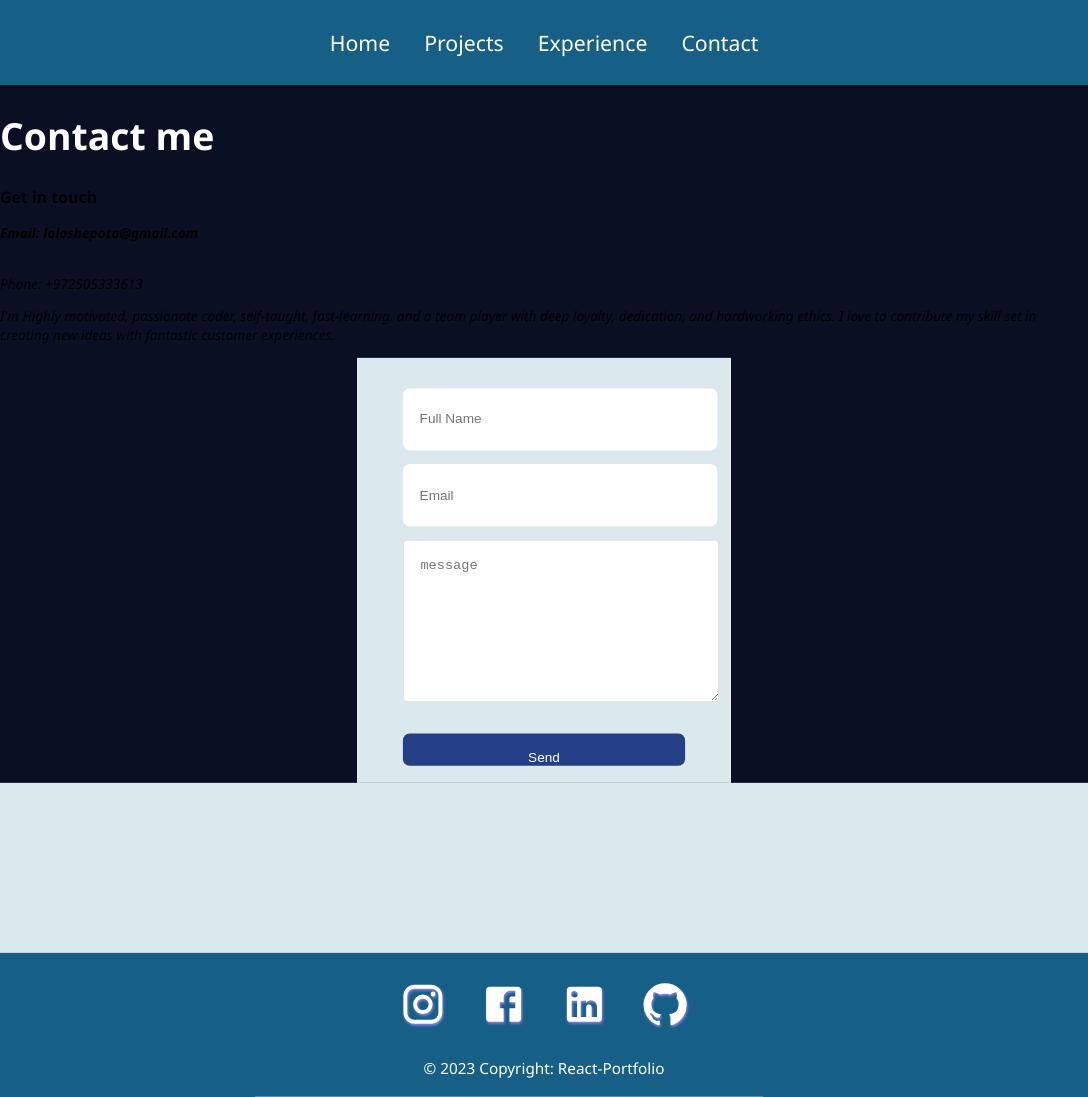
Repository: LolaSL/react-portfolio
Page: /contact
An editor plug-in stored every save of this project. The page is shown before and after a run of saves, followed by the edit.
The browser window is 1280 px wide. The pictures show the whole page, at 85% of full size.
The project was rebuilt for these pictures with package versions that can differ from the ones it lists, and the page was loaded fresh each time. Some packages were replaced by stand-ins written for this rebuild. Also part of the build but not shown: src/pages/Home/Style.css, src/pages/Home/Home.jsx, src/components/ProjectItem/Style.css, src/components/ProjectItem/ProjectItem.jsx, src/helpers/ProjectList.js, src/pages/Projects/Style.css, src/pages/Projects/Projects.jsx, src/pages/Experience/Style.css and 2 more.

Above is the page before, as saved 2023-09-27 17:48:45.

After the next 2 saves:
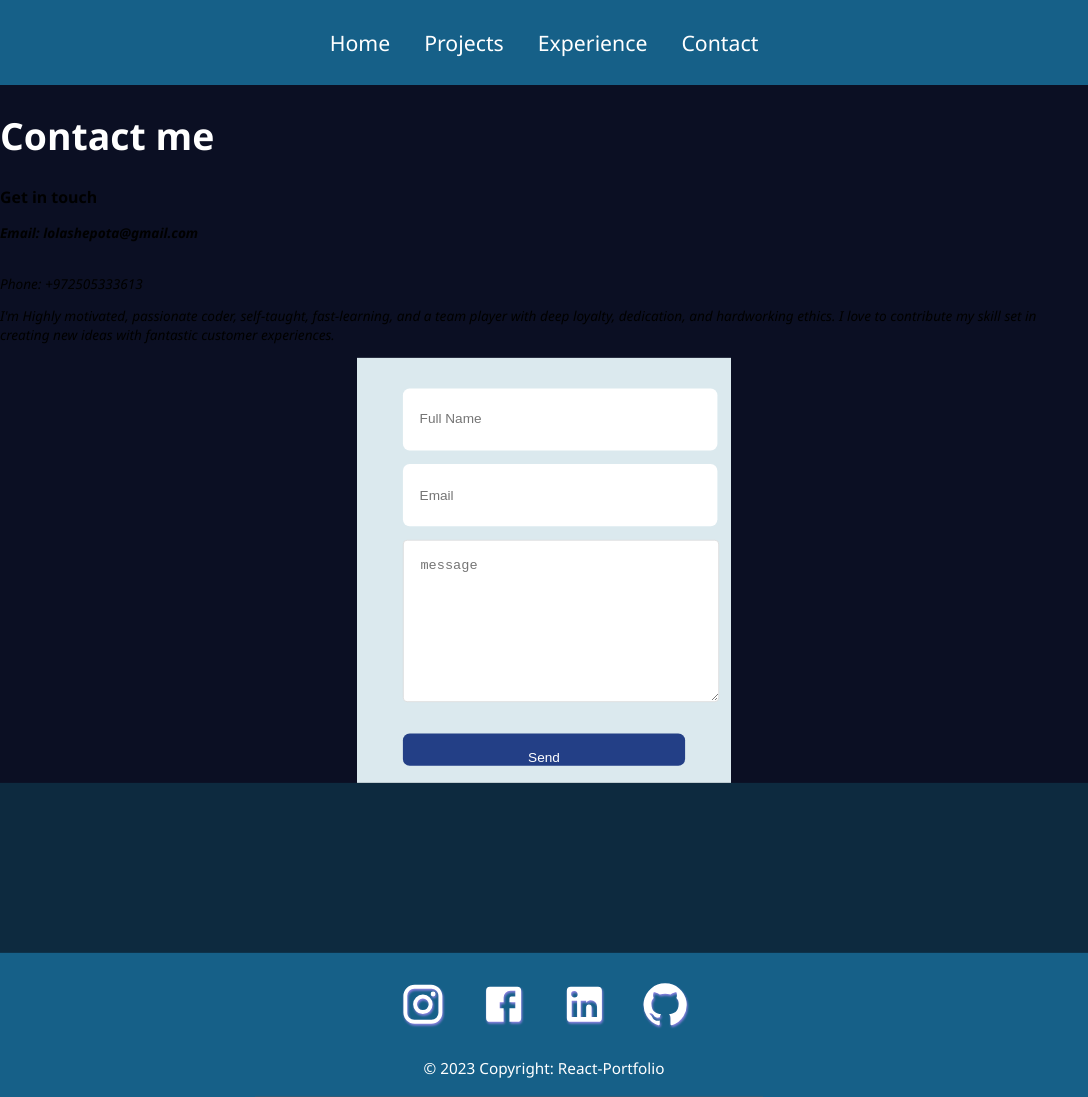
The 2 saves are shown as one change because they came seconds apart.
The last was saved 10 min 48 s later.
--- a/src/App.css
+++ b/src/App.css
@@ -4,7 +4,7 @@
   display: flex;
   flex-direction: column;
   font-family:'Segoe UI', Tahoma, Geneva, Verdana, sans-serif;
-  background-color: #dbe9ee;
+  background-color: #0d2a3f;
 }
 
 body {
